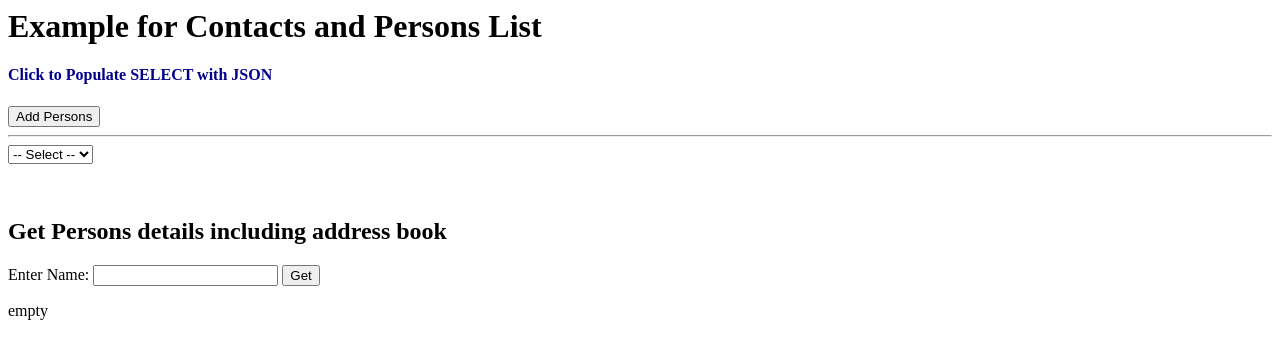
Repository: priyanalleboina/JsTraining
Page: Priyanka _JsExcercies/webpack14example-clinet-node/index.html
These files come from the project's save history. The page is drawn as it stood at one moment and after the next save; the edit follows.
The browser window is 1280 px wide. The pictures show the whole page.

Above is the page before, as saved 2020-06-05 11:38:46.

After the next save:
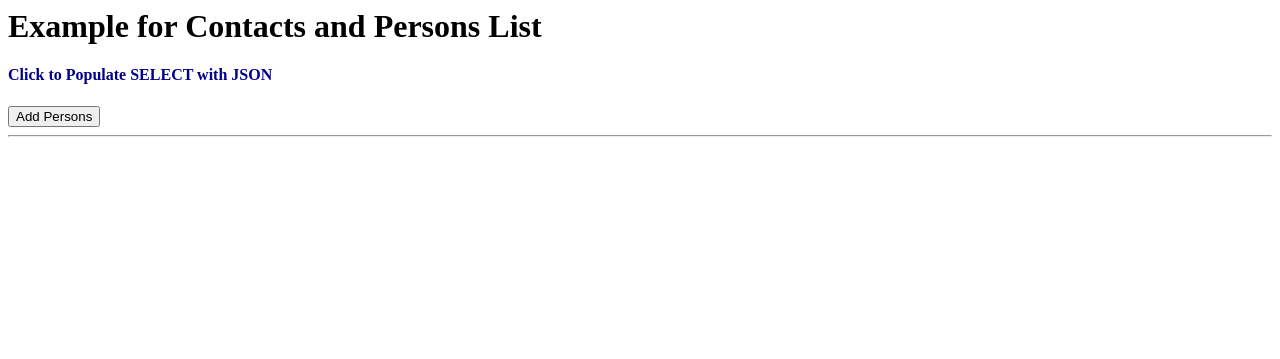
Saved 7 s later.
--- a/Priyanka _JsExcercies/webpack14example-clinet-node/index.html
+++ b/Priyanka _JsExcercies/webpack14example-clinet-node/index.html
@@ -18,28 +18,7 @@
   <hr>
   <div>
 
-  <!--The SELECT element.-->
-  <select id="sel" onchange="ui.show(this)">
-    <option value="">-- Select --</option>
-  </select>
-  <p id="msg"></p>
-  </div>
-  <div>
-    <br>
-    <!-- Add code to map one contact with another -->
-    <!-- build your own UI to add one contact to another contact as friend -->
 
-    <!-- Build your own simple UI to add one person to another as his/her friends list-->
-    <!-- for ex: for modi->kcr, amit   -- for kcr-> kavitha, ktr   for jagan-> Naidu, modi, kavitha -->
-    <!-- all the friends should be in the existing contacts list-->
-
-    <!-- following code is to get a person details including his/her friends list -->
-    <h2>Get Persons details including address book </h2>
-    <label>Enter Name:</label> <input id="pidCondition" placeholder="">
-    <button id="pidConditionBtn" onclick="ui.getPersonDetails()">Get</button>
-
-    <p id="personsDetails"> empty</p>
-     <!-- <h2> Add a friend to given Person</h2> -->
 
   </div>
 </body>
